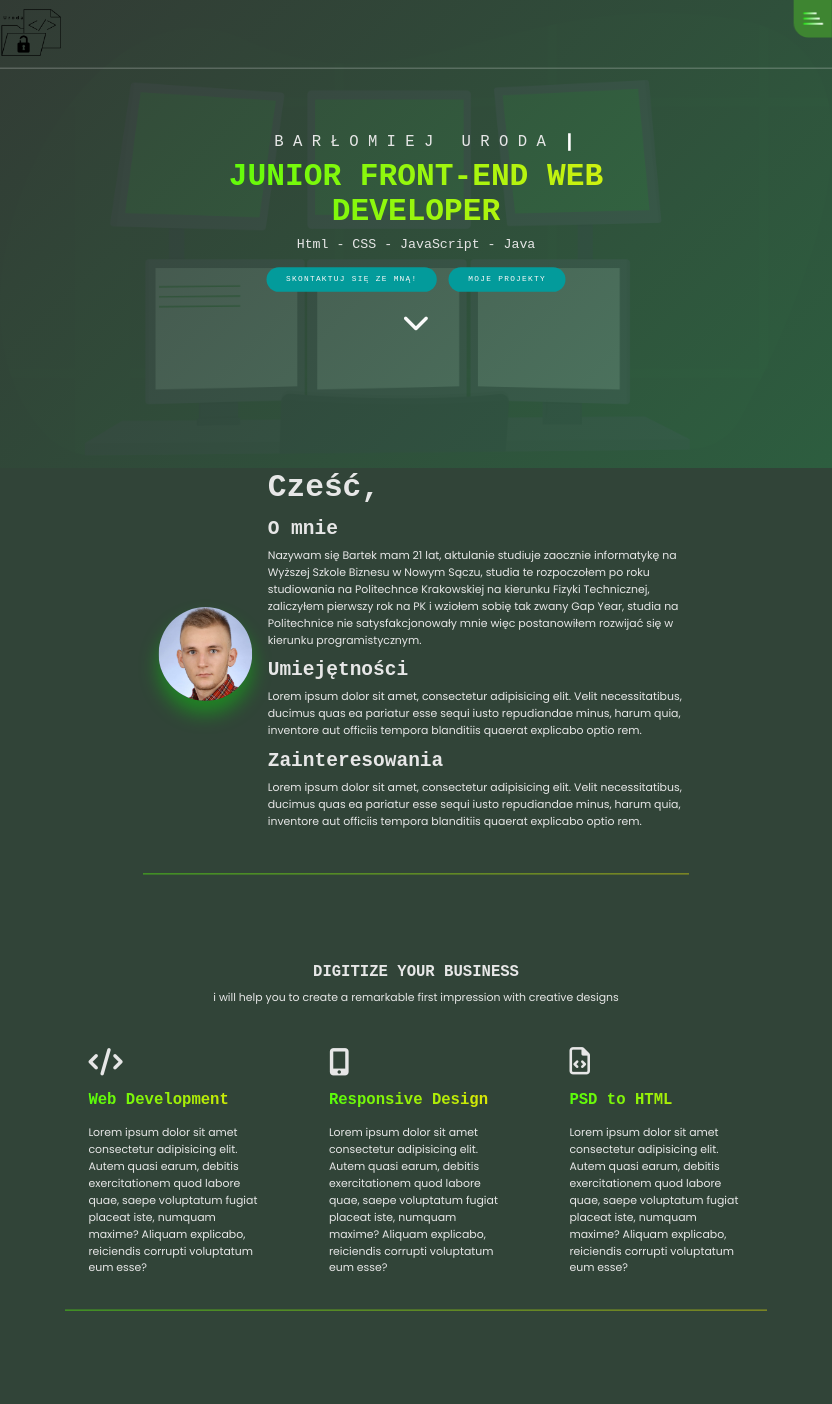
Repository: BartekUroda/portfolio
Page: index.html
These files come from the project's save history. The page is drawn as it stood at one moment and after the next save; the edit follows.
The browser window is 1280 px wide. The pictures show the whole page, at 65% of full size.
Some web fonts or font styles are not loaded; a fallback is used. Some web libraries are served in a nearby version.

Above is the page before, as saved 2020-10-27 20:50:48.

### index.html
<!DOCTYPE html>
<html lang="en">
<head>
    <meta charset="UTF-8">
    <meta name="viewport" content="width=device-width, initial-scale=1.0">
    <title>Portfolio | Bartek Uroda</title>
    <link rel="stylesheet" type="text/css" href="css/style.css">
    <link href="https://fonts.googleapis.com/css2?family=Poppins&sfamily=Share+Tech+Mono&display=swap" rel="stylesheet">
    <script src="https://kit.fontawesome.com/056e5c10dc.js" crossorigin="anonymous"></script>
    <link rel="shortcut icon" type="image/x-icon" href="images/favicon.ico" />
</head>
<body>
    <header>
        <div class="container">
            <nav>
                <div class="nav-brand">
                    <a href="index.html">
                        <img src="images/logo.png" alt="Uroda">
                    </a>
                </div>
                <div class="burger-menu-icon">
                    <div class="line1"></div>
                    <div class="line2"></div>
                    <div class="line3"></div>
                </div>
                <ul class="nav-list">
                    <li class="nav-item">
                      <a href="#landing-page">
                        <img
                          src="images/profile.jpeg"
                          alt="Bartek Uroda"
                          class="profile-pic nav-link"
                        >
                        <span class="caption nav-link">Bartek Uroda</span>
                      </a>
                    </li>
                    <li class="nav-item">
                      <a href="#about" class="nav-link">O mnie</a>
                    </li>
                    <li class="nav-item">
                      <a href="#services" class="nav-link">Usługi</a>
                    </li>
                    <li class="nav-item">
                      <a href="#projects" class="nav-link">Projekty</a>
                    </li>
                    <li class="nav-item">
                      <a href="#contact" class="nav-link">Kontakt</a>
                    </li>
                    <li class="nav-item">
                      <a href="https://www.facebook.com/bartlomiej.uroda.3" target="_blank" class="nav-link">
                        <i class="fab fa-facebook"></i>
                      </a>
                      <a href="https://github.com/Urodii" target="_blank" class="nav-link">
                        <i class="fab fa-github"></i>
                      </a>
                      <a href="https://www.youtube.com/channel/UCzT1h5RNvmbtrmKT5hPjyAg?view_as=subscriber" target="_blank" class="nav-link">
                        <i class="fab fa-youtube"></i>
                      </a>
                    </li>
                  </ul>
            </nav>
        </div>
    </header>
    <main>
      <section id="landing-page" class="landing-page">
        <div class="container">
          <div class="main-message">
            <h2>Barłomiej Uroda</h2>
            <h3>Junior Front-End Web Developer</h3>
            <p>Html - CSS - JavaScript - Java</p>
            <div class="intro-btn">
              <div class="cta">
                <a href="#contact" class="btn">Skontaktuj się ze mną!</a>
              </div>
              <div class="cta">
                <a href="#projects" class="btn">Moje Projekty</a>
              </div>
            </div>
            <div>
              <a href="#about" class="scroll-down">
                <i class="fa fa-chevron-down" aria-hidden="true"></i>
              </a>
            </div>
          </div>
        </div>
      </section>
      <section id="about" class="about">
        <div class="container">
          <div class="about-img">
            <img
              src="images/profile.jpeg"
              alt="Bartek Uroda"
              class="about-pic"
            />
          </div>
          <div class="about-text-box">
            <h2>Cześć,</h2>
            <h3>O mnie</h3>
            <p>
              Nazywam się Bartek mam 21 lat, aktulanie studiuje zaocznie informatykę
              na Wyższej Szkole Biznesu w Nowym Sączu, studia te rozpoczołem po roku studiowania
              na Politechnce Krakowskiej na kierunku Fizyki Technicznej, zaliczyłem pierwszy rok na PK
              i wziołem sobię tak zwany Gap Year, studia na Politechnice nie satysfakcjonowały
              mnie więc postanowiłem rozwijać się w kierunku programistycznym.
            </p>
            <h3>Umiejętności</h3>
            <p>
              Lorem ipsum dolor sit amet, consectetur adipisicing elit. Velit
              necessitatibus, ducimus quas ea pariatur esse sequi iusto
              repudiandae minus, harum quia, inventore aut officiis tempora
              blanditiis quaerat explicabo optio rem.
            </p>
            <h3>Zainteresowania</h3>
            <p>
              Lorem ipsum dolor sit amet, consectetur adipisicing elit. Velit
              necessitatibus, ducimus quas ea pariatur esse sequi iusto
              repudiandae minus, harum quia, inventore aut officiis tempora
              blanditiis quaerat explicabo optio rem.
            </p>
          </div>
        </div>
        <hr/>
      </section>
      <section id="services" class="services">
        <div class="container">
          <div class="title-heading">
            <h2>DIGITIZE YOUR BUSINESS</h2>
            <p>
              i will help you to create a remarkable first impression with
              creative designs
            </p>
          </div>
          <div class="service-tiers">
            <div class="tier-item">
              <i class="fa fa-code" aria-hidden="true"></i>
              <h2>Web Development</h2>
              <p>
                Lorem ipsum dolor sit amet consectetur adipisicing elit. Autem
                quasi earum, debitis exercitationem quod labore quae, saepe
                voluptatum fugiat placeat iste, numquam maxime? Aliquam
                explicabo, reiciendis corrupti voluptatum eum esse?
              </p>
            </div>
            <div class="tier-item">
              <i class="fa fa-mobile" aria-hidden="true"></i>
              <h2>Responsive Design</h2>
              <p>
                Lorem ipsum dolor sit amet consectetur adipisicing elit. Autem
                quasi earum, debitis exercitationem quod labore quae, saepe
                voluptatum fugiat placeat iste, numquam maxime? Aliquam
                explicabo, reiciendis corrupti voluptatum eum esse?
              </p>
            </div>
            <div class="tier-item">
              <i class="fa fa-file-code-o" aria-hidden="true"></i>
              <h2>PSD to HTML</h2>
              <p>
                Lorem ipsum dolor sit amet consectetur adipisicing elit. Autem
                quasi earum, debitis exercitationem quod labore quae, saepe
                voluptatum fugiat placeat iste, numquam maxime? Aliquam
                explicabo, reiciendis corrupti voluptatum eum esse?
              </p>
            </div>
          </div>
        </div>
        <hr />
      </section>
    </main>
 <script type="text/javascript" src="js/main.js"></script>
</body>
</html>

### css/style.css
/* ----------GLOBAL STYLES---------- */
*,
*::before,
*::after {
  margin: 0;
  padding: 0;
  box-sizing: inherit;
}
html {
    font-family: "Share Tech Mono", monospace;
    font-size: 12px;
    box-sizing: border-box;
    scroll-behavior: smooth;
    color: #e7e7e7;
    background: rgb(49, 68, 56);
}

a {
    text-decoration: none;
    color: rgb(3, 155, 23);
}

a:hover {
    color: rgba(249, 105, 14, 1);
}

ul {
    list-style: none;
}

p {
    font-size: 1.4rem;
}

img {
    width: 100%;
    max-width: 100%;
    height: auto;
}
/* ----------HEADER---------- */
header {
    width: 100%;
    height: 5rem;
    position: absolute;
    top: 0;
    left: 0;
    z-index: 1;
}
.contenier {
    width: 100%;
    max-width: 90rem;
    margin: 0 auto;
    padding: 0 1.5rem;
}
.nav-brand {
    width: 8rem;
}
nav {
    width: 100%;
    display: flex;
    align-items: center;
    justify-content: space-between;
    padding: 1rem 0;
    border-bottom: 2px solid rgba(255, 255, 255, .2);
}
.line1 {
    width: 20px;
    height: 3px;
    margin: 5px 0;
    background: linear-gradient(
      135deg,
      rgb(27, 218, 10) 0%,
      rgb(255, 255, 255) 100%
    );
}
.line2 {
    width: 25px;
    height: 3px;
    background: linear-gradient(
      135deg,
      rgb(27, 218, 10) 0%,
      rgb(255, 255, 255) 100%
    );
}
.line3 {
    width: 30px;
    height: 3px;
    margin: 5px 0;
    background: linear-gradient(
      135deg,
      rgb(27, 218, 10) 0%,
      rgb(255, 255, 255) 100%
    );
}
.burger-menu-icon {
    cursor: pointer;
    z-index: 999;
    position: fixed;
    right: 0;
    top: 0;
    background-color: rgba(67, 145, 47, 0.815);
    padding: 1.2rem;
    border-radius: 0% 0% 0% 40%;
}
.profile-pic {
    height: 9rem;
    width: auto;
    border-radius: 50%;
    display: block;
    margin: 1.5rem 0;
}
.caption {
    display: block;
}
.nav-list {
    width: 24rem;
    height: 100vh;
    background-color:  rgb(69, 85, 75);
    position: fixed;
    top: 0;
    right: -26rem;
    display: flex;
    flex-direction: column;
    align-items: center;
    justify-self: start;
    z-index: 998;
    transition: all 650ms ease-in-out;
}
.nav-list.active {
    right: 0;
}
.nav-item {
    margin: 1.2rem 0;
}
.nav-link {
    opacity: 0;
    font-size: 1.3rem;
    text-transform: uppercase;
    color: #cecece;
    letter-spacing: 1.5px;
}
.nav-link:hover {
    color: rgb(62, 248, 15);
}
.toggle {
    background: none;
}
.toggle .line1 {
    transform: rotate(-45deg) translate(-5px, 6px) scalex(2);
}
.toggle .line2 {
    opacity: 0;
}
.toggle .line3 {
    width: 20px;
    transform: rotate(45deg) translate(-5px, -6px) scalex(2);
    margin-left: 0px;
}
@keyframes navLinkAnimate {
    from{
        opacity: 0;
        transform: translate(50px);
    }
    to{
        opacity: 1;
        transform: translate(0px);
    }
}
/* ----------MAIN---------- */
.landing-page{
    width: 100%;
    height: 100vh;
    background: linear-gradient(
        135deg,
        rgba(50, 58, 52, 0.9) 0%,
        rgba(44, 100, 65, 0.8) 100%
    ),
    url('../images/mainpage.png') center no-repeat;
    background-size: contain;
    position: relative;
}
.main-message {
    width: 100%;
    max-width: 58rem;
    text-transform: uppercase;
    position: absolute;
    left: 50%;
    top: 50%;
    transform: translate(-50%, -50%);
    text-align: center;
}
.main-message h2 {
    letter-spacing: 1.2rem;
    font-size: 2rem;
    font-weight: 400;
    overflow: hidden;
    white-space: nowrap;
    animation: typing 5s steps(33), blink 1s ease-in-out 7s infinite;
    width: 33ch;
    margin: auto;
    border-right: 4px solid rgba(255, 255, 255, 1);
}
@keyframes typing {
    75% {
      width: 0ch;
      color: rgb(178, 249, 14);
    }
    100% {
      width: 33ch;
    }
}
@keyframes blink {
    0% {
      border-right: 4px solid rgba(255, 255, 255, 0);
    }
    100% {
      border-right: 4px solid rgb(194, 194, 194);
    }
}
.main-message h3 {
    font-size: 4rem;
    margin: 1rem 0;
    color: rgba(249, 105, 14, 1);
    background: linear-gradient(
      to right,
      rgb(87, 253, 9) 0%,
      rgb(217, 240, 17) 100%
    );
    -webkit-background-clip: text;
    -webkit-text-fill-color: transparent;
}
.main-message p {
    text-transform: none;
    font-size: 1.7rem;
    font-weight: 400;
}
.intro-btn {
    display: flex;
    justify-content: center;
}
.btn {
    margin: 0 9px;
    background: rgba(3, 155, 155);
    border-radius: 2rem;
    color: #fafafa;
    padding: 1rem 2.5rem;
    display: inline-block;
    margin-top: 2rem;
    transition: background-color 650ms;
    font-weight: 500;
    letter-spacing: 2px;
}
.btn:hover {
    color: #fafafa;
    background-color: rgb(176, 189, 0);
}
.scroll-down i {
    color: #fafafa;
    transition: color 650ms;
    margin-top: 2rem;
    font-size: 3.5rem;
}
.scroll-down i:hover {
    color: rgb(176, 189, 0);
}
/* ----------ABOUT--------- */
.about {
    width: 100%;
    min-height: 100vh;
    max-width: 70rem;
    margin: auto;
}
.about .container {
    display: flex;
    align-items: center;
    min-height: 80vh;
  }
.about-img img {
    height: 12rem;
    width: auto;
    border-radius: 50%;
    margin: 2rem;
    box-shadow: 0 20px 30px 0 rgba(4, 236, 4, 0.397);
  }
.about-text-box {
    flex-grow: 1;
    flex-shrink: 1;
    flex-basis: 0;
}
.about-text-box h2 {
    font-size: 4rem;
    margin-bottom: 20px;
}
.about-text-box h3 {
    font-size: 2.5rem;
    margin-bottom: 10px;
}
.about-text-box p {
    font-family: "Poppins", sans-serif;
    font-size: 1.4rem;
    padding: 0;
    margin-bottom: 1.45rem;
}
hr {
    margin: 4rem 0;
    background: linear-gradient(
      to right,
      rgb(87, 253, 9) 0%,
      rgb(231, 228, 6) 100%
    );
    border: 0;
    height: 1px;
}
/* ----------SERVICE--------- */
.services {
    padding: 3rem 0;
    min-height: 100vh;
    max-width: 90rem;
    margin: auto;
}
.title-heading {
    text-align: center;
    margin-bottom: 5rem;
}
.title-heading h2 {
    font-size: 2rem;
    margin: 0.5rem 0 1rem 0;
}
.title-heading p {
    font-family: "Poppins", sans-serif;
    margin-bottom: 5rem;
}
.service-tiers {
    display: grid;
    grid-template-columns: repeat(auto-fit, minmax(25rem, 1fr));
    gap: 2.5rem;
}
.tier-item {
    height: 30rem;
    padding: 3rem;
    position: relative;
    display: flex;
    flex-direction: column;
    justify-content: center;
    cursor: default;
}
.tier-item i {
    font-size: 3.5rem;
}
.tier-item h2 {
    font-size: 2rem;
    margin: 2rem 0;
    background: linear-gradient(
      to right,
      rgb(87, 253, 9) 0%,
      rgb(231, 228, 6) 100%
    );
    -webkit-background-clip: text;
    -webkit-text-fill-color: transparent;
}
.tier-item p {
    font-family: "Poppins", sans-serif;
    font-size: 1.4rem;
}

### js/main.js
//eselect elements
const selectElement = (s) => document.querySelector(s);
const navLinks = document.querySelectorAll(".nav-link");

selectElement(".burger-menu-icon").addEventListener("click", () => {
    selectElement(".nav-list").classList.toggle("active");
    selectElement(".burger-menu-icon").classList.toggle("toggle")

    navLinks.forEach((link, index) => {
        if (link.style.animation){
            link.style.animation = ""
        }else{
            link.style.animation = `navLinkAnimate 0.5s ease forwards ${ index/7 + 0.5}s`
            console.log(index/7 + 0.5)
        }
    })
});

After the next save:
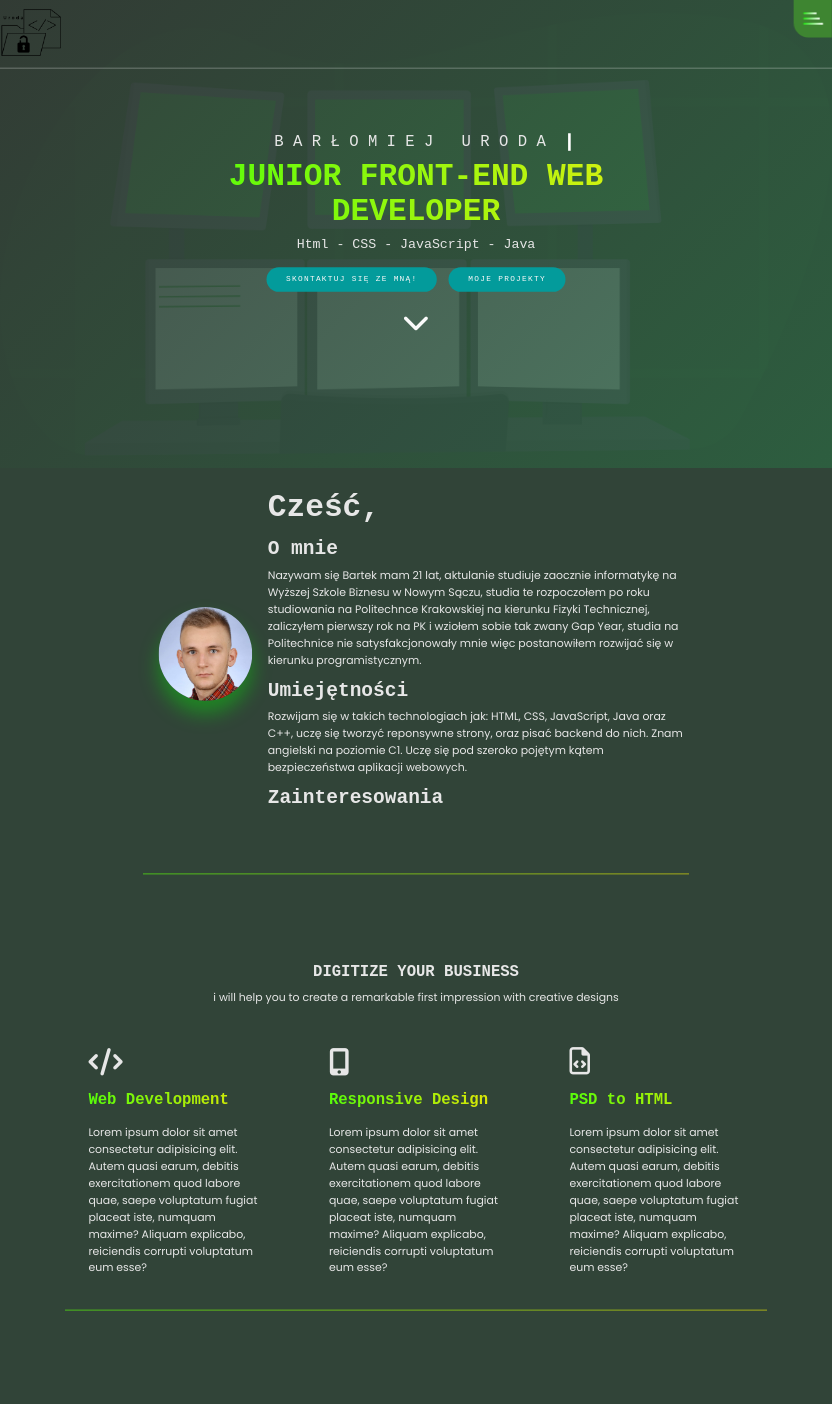
Saved 8 min 41 s later.
--- a/index.html
+++ b/index.html
@@ -100,23 +100,18 @@
               Nazywam się Bartek mam 21 lat, aktulanie studiuje zaocznie informatykę
               na Wyższej Szkole Biznesu w Nowym Sączu, studia te rozpoczołem po roku studiowania
               na Politechnce Krakowskiej na kierunku Fizyki Technicznej, zaliczyłem pierwszy rok na PK
-              i wziołem sobię tak zwany Gap Year, studia na Politechnice nie satysfakcjonowały
+              i wziołem sobie tak zwany Gap Year, studia na Politechnice nie satysfakcjonowały
               mnie więc postanowiłem rozwijać się w kierunku programistycznym.
             </p>
             <h3>Umiejętności</h3>
             <p>
-              Lorem ipsum dolor sit amet, consectetur adipisicing elit. Velit
-              necessitatibus, ducimus quas ea pariatur esse sequi iusto
-              repudiandae minus, harum quia, inventore aut officiis tempora
-              blanditiis quaerat explicabo optio rem.
+              Rozwijam się w takich technologiach jak: HTML, CSS, JavaScript, Java oraz C++,
+              uczę się tworzyć reponsywne strony, oraz pisać backend do nich. Znam angielski na
+              poziomie C1. Uczę się pod szeroko pojętym kątem bezpieczeństwa aplikacji webowych.
             </p>
             <h3>Zainteresowania</h3>
             <p>
-              Lorem ipsum dolor sit amet, consectetur adipisicing elit. Velit
-              necessitatibus, ducimus quas ea pariatur esse sequi iusto
-              repudiandae minus, harum quia, inventore aut officiis tempora
-              blanditiis quaerat explicabo optio rem.
-            </p>
+
           </div>
         </div>
         <hr/>
